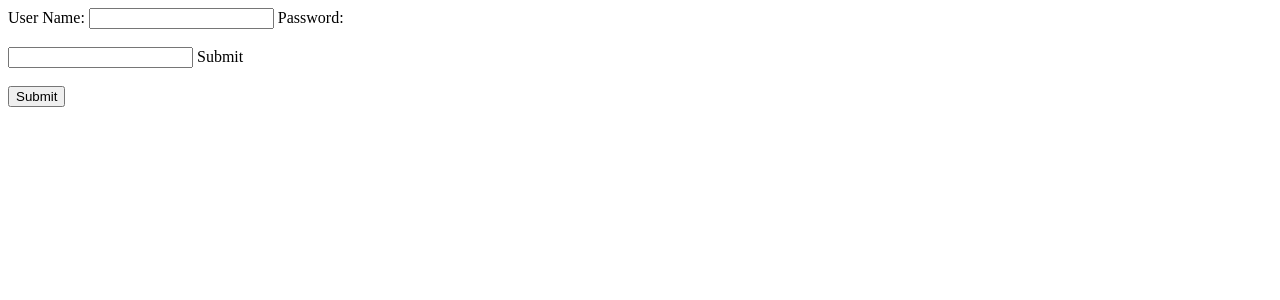
Repository: codeharshita/Code2.0
Page: Form Submission Basic Flow/src/main/webapp/UserForm.html
The author's editor kept a copy of each file at every save. The page is drawn from the files as they stood at one save, then again after the next save.
The browser window is 1280 px wide. The pictures show the whole page.

Above is the page before, as saved 2024-01-06 15:10:35.

### Form Submission Basic Flow/src/main/webapp/UserForm.html
<!DOCTYPE html>
<html>
<head>
<meta charset="UTF-8">
<title>User Form</title>
</head>
<body>
	<form>
		<label for="userName">User Name:</label>
		<input type="text" id="userName" name="userName">
		<label for="pswd">Password: </label><br><br>
		<input type="password" id="pswd" name="pswd">
		<label for="btn">Submit</label><br><br>
		<input type="submit" id="btn" name="btn">
	</form>

</body>
</html>

After the next save:
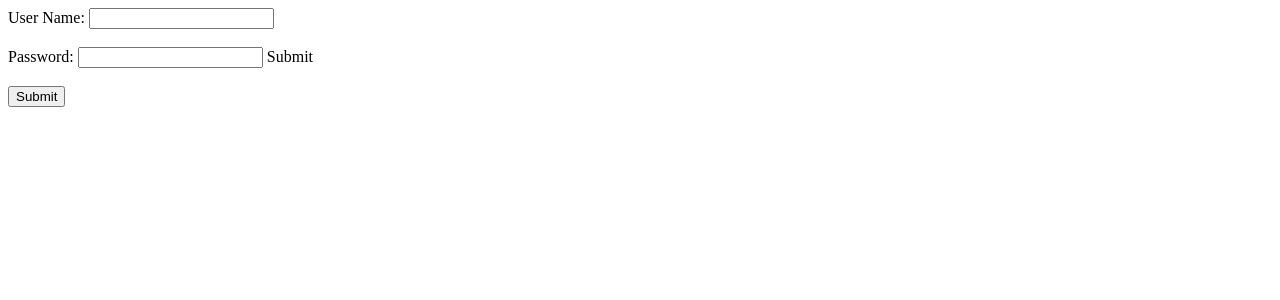
Saved 14 s later.
--- a/Form Submission Basic Flow/src/main/webapp/UserForm.html
+++ b/Form Submission Basic Flow/src/main/webapp/UserForm.html
@@ -7,8 +7,8 @@
 <body>
 	<form>
 		<label for="userName">User Name:</label>
-		<input type="text" id="userName" name="userName">
-		<label for="pswd">Password: </label><br><br>
+		<input type="text" id="userName" name="userName"><br><br>
+		<label for="pswd">Password: </label>
 		<input type="password" id="pswd" name="pswd">
 		<label for="btn">Submit</label><br><br>
 		<input type="submit" id="btn" name="btn">
